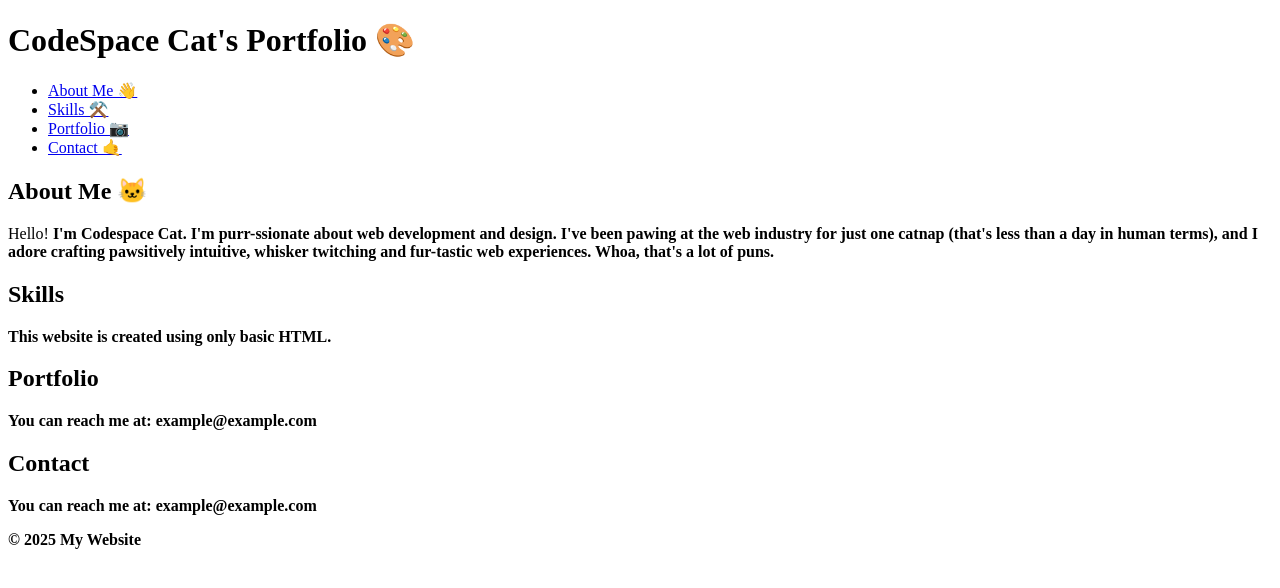
Repository: andajonas/Module_04_ANDJON25111_fto2502_A2_Anda-Jonas_SDF02
Page: index.html
These files come from the project's save history. The page is drawn as it stood at one moment and after a run of saves; the edit follows.
The browser window is 1280 px wide. The pictures show the whole page.

Above is the page before, as saved 2025-03-05 09:11:34.

After the next 2 saves:
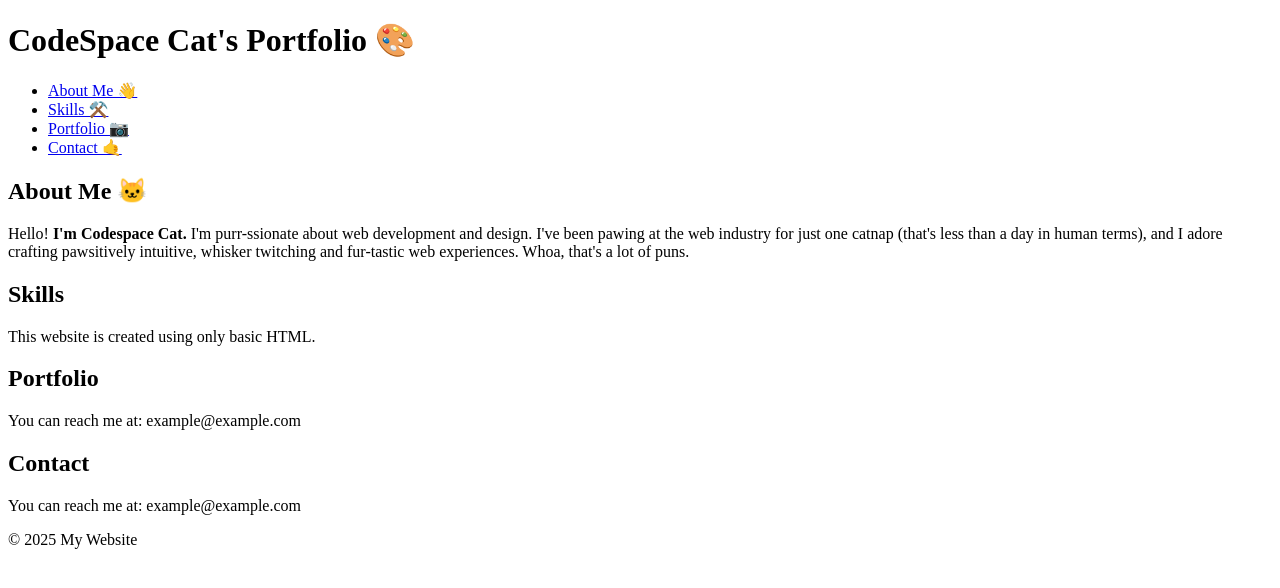
The 2 saves are shown as one change because they came seconds apart.
The last was saved 7 s later.
--- a/index.html
+++ b/index.html
@@ -17,7 +17,7 @@
     </nav>
     <section id="about me">
         <h2>About Me 🐱</h2>
-        <p>Hello! <b>I'm Codespace Cat. I'm purr-ssionate about web development and design. I've been pawing at the web industry for just one catnap (that's less than a day in human terms), and I adore crafting pawsitively intuitive, whisker twitching and fur-tastic web experiences. Whoa, that's a lot of puns. </p>
+        <p>Hello! <b>I'm Codespace Cat.</b> I'm purr-ssionate about web development and design. I've been pawing at the web industry for just one catnap (that's less than a day in human terms), and I adore crafting pawsitively intuitive, whisker twitching and fur-tastic web experiences. Whoa, that's a lot of puns. </p>
     </section>
     <section id="skills">
         <h2>Skills</h2>
